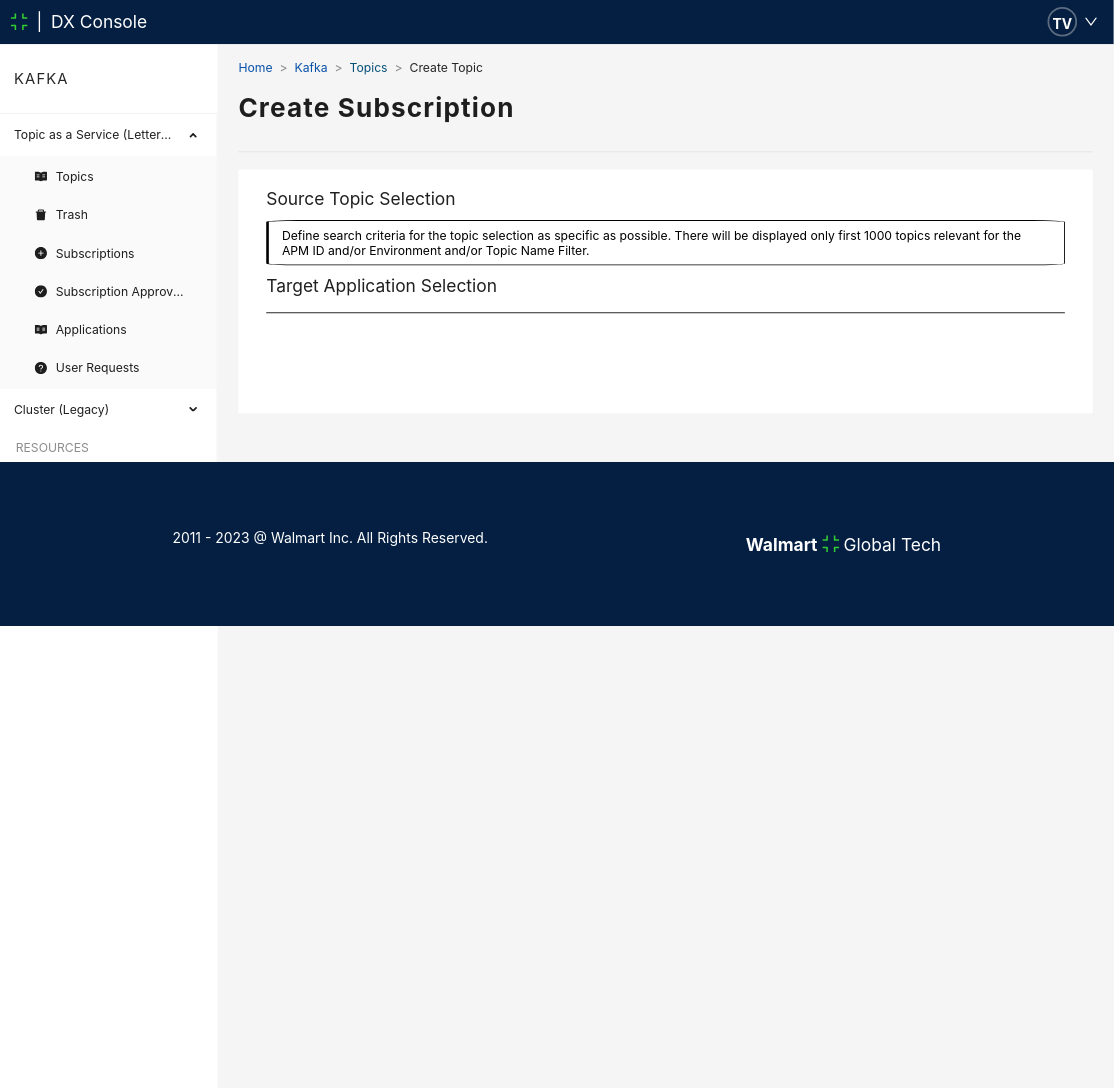
Repository: Qianying-Chai/kafka
Page: /kafka/subscriptions_active_tab=nonProxy/create-non-proxy
These files come from the project's save history. The page is drawn as it stood at one moment and after the next save; the edit follows.
The browser window is 1280 px wide. The pictures show the whole page, at 87% of full size.
The project was rebuilt for these pictures with package versions that can differ from the ones it lists, and the page was loaded fresh each time. Also part of the build but not shown: src/pages/Components/ComponentsTable.jsx, src/pages/Components/ComponentsInput.jsx, src/pages/Components/ComponentsPagination.jsx, src/pages/Taas/Topics/Topics.jsx, src/pages/Components/Style/SelectTitle.css, src/pages/Components/SelectTitle.jsx, src/pages/Taas/Topics/CreateTopics/Form/DetailsForm.jsx, src/pages/Taas/Topics/CreateTopics/CreateTopic.jsx and 14 more.

Above is the page before, as saved 2024-01-15 19:35:34.

### src/index.js
import React from "react";
import ReactDOM from "react-dom/client";
import App from "./App";
import { BrowserRouter } from "react-router-dom";
import { Provider } from "react-redux";
import store from "../src/redux/store";
import "./style/index.css";

const root = ReactDOM.createRoot(document.getElementById("root"));
root.render(
  <Provider store={store}>
    <BrowserRouter>
      <App />
    </BrowserRouter>
  </Provider>
);

### src/redux/store.jsx
import { configureStore } from "@reduxjs/toolkit";
import reducer from "./reducer";
const store = configureStore({ reducer: reducer });
export default store;

### src/pages/common/Header.jsx
import React from "react";
import "./Style/Header.css";
import { CompressOutlined, UpOutlined, DownOutlined } from "@ant-design/icons";
import { Layout } from "antd";
import { useState } from "react";
const Header = () => {
  const [login, setLogin] = useState(true);

  return (
    <Layout>
      <Layout.Header className="header">
        <div className="header-content-left">
          <CompressOutlined className="header-left-icon" />
          <span className="header-left-divider">|</span>
          <span className="header-left-dx-console">DX Console </span>
        </div>
        <div className="header-content-right">
          <div className="user">
            <div className="user-icon">TV</div>
            {login ? (
              <DownOutlined
                className="login-button"
                onClick={() => {
                  setLogin((state) => !state);
                }}
              />
            ) : (
              <UpOutlined
                className="logout-button"
                onClick={() => {
                  setLogin((state) => !state);
                }}
              />
            )}
          </div>
          <div
            className="logout-pop-up"
            style={{
              display: login ? "none" : "block",
            }}
          >
            LOGOUT
          </div>
        </div>
      </Layout.Header>
    </Layout>
  );
};
export default Header;

### src/pages/common/Sider.jsx
import React from "react";
import { Link } from "react-router-dom";
import "./Style/Sider.css";
import {
  ReadFilled,
  DeleteFilled,
  PlusCircleFilled,
  CheckCircleFilled,
  QuestionCircleFilled,
  HddFilled,
  SettingFilled,
} from "@ant-design/icons";
import { Layout, Menu, theme, ConfigProvider } from "antd";
import categoryConstants from "./categoryConstants";

const Sider = () => {
  const {
    token: { colorBgContainer },
  } = theme.useToken();

  const items = [
    {
      key: "Topic as a Service (Lettera)",
      label: "Topic as a Service (Lettera)",
      children: [
        {
          key: "Topics",
          label: (
            <Link to={`kafka/${categoryConstants.TOPICS.toLowerCase()}`}>
              {categoryConstants.TOPICS}
            </Link>
          ),
          icon: React.createElement(ReadFilled),
        },
        {
          key: "Trash",
          label: (
            <Link to={`kafka/${categoryConstants.TRASH.toLowerCase()}`}>
              {categoryConstants.TRASH}
            </Link>
          ),
          icon: React.createElement(DeleteFilled),
        },
        {
          key: "Subscriptions",
          label: (
            <Link
              to={`kafka/${categoryConstants.SUBSCRIPTIONS.toLowerCase()}_active_tab=nonProxy`}
            >
              {categoryConstants.SUBSCRIPTIONS}
            </Link>
          ),
          icon: React.createElement(PlusCircleFilled),
        },
        {
          key: "Subscription Approvals",
          label: (
            <Link to={`kafka/subscriptionRequests`}>
              {categoryConstants.SUBSCRIPTIONS_APPROVALS.replace("_", " ")}
            </Link>
          ),
          icon: React.createElement(CheckCircleFilled),
        },
        {
          key: "Applications",
          label: (
            <Link to={`kafka/${categoryConstants.APPLICATIONS.toLowerCase()}`}>
              {categoryConstants.APPLICATIONS}
            </Link>
          ),
          icon: React.createElement(ReadFilled),
        },
        {
          key: "User Requests",
          label: (
            <Link to={`kafka/requests`}>
              {categoryConstants.USER_REQUESTS.replace("_", " ")}
            </Link>
          ),
          icon: React.createElement(QuestionCircleFilled),
        },
      ],
    },
    {
      label: <div>Cluster (Legacy)</div>,
      key: "Cluster (Legacy)",
      children: [
        {
          key: "Clusters",
          label: (
            <Link to={`kafka/${categoryConstants.CLUSTERS.toLowerCase()}`}>
              {categoryConstants.CLUSTERS}
            </Link>
          ),
          icon: React.createElement(HddFilled),
        },
        {
          key: "Migrated Clusters",
          label: (
            <Link to={`kafka/migrated-clusters`}>
              {categoryConstants.MIGRATED_CLUSTERS.replace("_", " ")}
            </Link>
          ),
          icon: React.createElement(HddFilled),
        },
        {
          key: "Subscription",
          label: (
            <Link to={`kafka/mps-clusters-subscriptions`}>
              {categoryConstants.SUBSCRIPTION}
            </Link>
          ),
          icon: React.createElement(PlusCircleFilled),
        },
        {
          key: "User Requests (Legacy)",
          label: (
            <Link to={`kafka/legacy-requests`}>User Requests (Legacy)</Link>
          ),
          icon: React.createElement(QuestionCircleFilled),
        },
      ],
    },
    {
      label: <div>RESOURCES</div>,
      type: "group",
      key: "RESOURCES",
      children: [
        {
          key: "Supprot",
          label: (
            <Link to={`kafka/${categoryConstants.SUPPORT.toLowerCase()}`}>
              {categoryConstants.SUPPORT}
            </Link>
          ),
          icon: React.createElement(SettingFilled),
        },
      ],
    },
  ];

  return (
    <ConfigProvider
      theme={{
        components: {
          Menu: {
            itemHoverBg: "",
            itemHoverColor: "#1890ff",
            padding: 30,
          },
          Tabs: {
            inkBarColor: "rgb(4, 31, 65)",
          },
        },
      }}
    >
      <Layout.Sider
        className="sider"
        width={"250px"}
        style={{
          background: colorBgContainer,
        }}
      >
        <div className="slider-top">
          <span className="slider-top-content">KAFKA</span>
        </div>
        <div
          style={{
            marginLeft: "-12px",
          }}
        >
          <div></div>
          <Menu
            mode="inline"
            items={items}
            defaultOpenKeys={["Topic as a Service (Lettera)", "RESOURCES"]}
            style={{
              color: "#041f41",
            }}
          />
        </div>
      </Layout.Sider>
    </ConfigProvider>
  );
};
export default Sider;

### src/pages/common/categoryConstants.jsx
const categoryConstants = {
  TOPICS: "Topics",
  TRASH: "Trash",
  SUBSCRIPTIONS: "Subscriptions",
  SUBSCRIPTIONS_APPROVALS: "Subscription Approvals",
  APPLICATIONS: "Applications",
  USER_REQUESTS: "User Requests",
  CLUSTERS: "Clusters",
  MIGRATED_CLUSTERS: "Migrated Clusters",
  SUBSCRIPTION: "Subscription",
  USERE_REQUESTS_LEGACY: "User Requests (Legacy)",
  SUPPORT: "Support",
  CREATE_TOPIC: "Create Topic",
  CREATE_SUBSCRIPTION: "Create Subscription",
};

export default categoryConstants;

### src/pages/Taas/Subscriptions/SubscriptionsNonProxy/CreateSubscriptions/CreateSubscriptionsNonProxy.jsx
import React from "react";
import ComponentsBreadcrumb from "../../../../Components/ComponentsBreadcrumb";
import ComponentsContent from "../../../../Components/ComponentsContent";
import ComponentsDivider from "../../../../Components/ComponentsDivider";
import ComponentsTitle from "../../../../Components/ComponentsTitle";
import categoryConstants from "../../../../common/categoryConstants";
import "../../Style/CreateSubscriptionNonproxy.css";
import { Typography } from "antd";
const { Title } = Typography;

const CreateSubscriptionsNonProxy = () => {
  return (
    <>
      <div>
        <ComponentsBreadcrumb
          items={[
            {
              title: "Home",
            },
            {
              title: "Kafka",
            },
            {
              title: categoryConstants.TOPICS,
              href: `/kafka/${categoryConstants.TOPICS.toLowerCase()}`,
            },
            {
              title: categoryConstants.CREATE_TOPIC,
            },
          ]}
        />
        <div className="content-banner">
          <ComponentsTitle title={categoryConstants.CREATE_SUBSCRIPTION} />
        </div>
      </div>
      <ComponentsContent>
        <Title level={4} style={{ fontWeight: "normal" }}>
          Source Topic Selection
        </Title>

        <div className="bordered-content">
          Define search criteria for the topic selection as specific as
          possible. There will be displayed only first 1000 topics relevant for
          the APM ID and/or Environment and/or Topic Name Filter.
        </div>
        {/* <SourceTopicFormNonProxy /> */}
        <Title level={4} style={{ fontWeight: "normal" }}>
          Target Application Selection
        </Title>
        {/* <TargetApplicationSelectionForm /> */}
        <ComponentsDivider />
        <div className="buttons-wrapper">
          {/* <CancelButton />
        <SubmitButton disabled /> */}
        </div>
      </ComponentsContent>
    </>
  );
};
export default CreateSubscriptionsNonProxy;

### src/pages/common/Footer.jsx
import React from "react";
import { Layout } from "antd";
import { CompressOutlined } from "@ant-design/icons";
import "./Style/Footer.css";

const Footer = () => {
  return (
    <Layout.Footer className="footer">
      <div className="footer-text-left">
        2011 - 2023 @ Walmart Inc. All Rights Reserved.
      </div>
      <div className="footer-text-right">
        <span className="footer-text-right-walmart">Walmart</span>
        <CompressOutlined className="footer-icon" />
        <span className="footer-text-right-global-tech">Global Tech</span>
      </div>
    </Layout.Footer>
  );
};

export default Footer;

### src/redux/reducer.jsx
import { SET_PATH_NAME, SET_SELECTED_TAAS_SUBSCRIPTIONS } from "./constants";
const initialState = {
  pathName: "",
  selectedTaasSubscriptions: "nonProxy",
};
const reducer = (state = initialState, action) => {
  const { type, payload } = action;
  switch (type) {
    case SET_PATH_NAME:
      return { ...state, pathName: payload };
    case SET_SELECTED_TAAS_SUBSCRIPTIONS:
      return { ...state, selectedTaasSubscriptions: payload };
    default:
      return state;
  }
};

export default reducer;

### src/pages/common/Style/Header.css
.header {
  justify-content: space-between;
  padding: 0 12px;
  background-color: rgb(4, 31, 65);
  height: 51px;
  line-height: 51px;
  color: #ffffff;
}

.header,
.user {
  display: flex;
}

.header-content-left {
  font-size: 20px;
}

.header-left-icon {
  color: #32cd32;
}

.header-left-divider {
  margin: 0 10px;
}

.header-content-right {
  font-weight: bolder;
  flex-direction: column;
  font-size: 1rem;
  width: 76px;
  padding-left: 12px;
}

.user {
  margin: 8px 0px;
}
.user-icon {
  height: 34px;
  line-height: 34px;
  width: 34px;
  border-radius: 50%;
  text-align: center;
}
.user-icon,
.logout-pop-up {
  border: 2px solid rgba(225, 225, 225, 0.4);
}

.login-button,
.logout-button {
  padding-left: 8px;
}

.logout-pop-up {
  transition: all 10s ease-out;
  width: 100px;
  height: 60px;
  line-height: 60px;
  position: absolute;
  right: 0px;
  z-index: 999;
  font-size: 15px;
  letter-spacing: 1pt;
  text-align: center;
  justify-content: center;
  color: rgb(94, 91, 91);
  box-shadow: 0px 0px 4px 4px rgba(176, 174, 174, 0.4);
}

### src/pages/common/Style/Sider.css
.sider {
  min-height: 1200px;
}

.slider-top {
  height: 80px;
  border-bottom: 1px solid rgb(239, 239, 239);
}
.slider-top-content {
  height: 100%;
  display: flex;
  align-items: center;
  margin-left: 16px;
  letter-spacing: 1pt;
  font-size: 17px;
  color: #000000d9;
}

### src/pages/Components/ComponentsContent.jsx
import React from "react";
import "../common/Style/Content.css";
import { Layout, theme } from "antd";

const ComponentsContent = (props) => {
  const {
    token: { colorBgContainer },
  } = theme.useToken();

  return (
    <div>
      <Layout.Content
        style={{
          padding: "20px 32px 32px",
          minHeight: 280,
          background: colorBgContainer,
        }}
        {...props}
      ></Layout.Content>
    </div>
  );
};
export default ComponentsContent;

### src/pages/Components/ComponentsBreadcrumb.jsx
import React from "react";
import { Breadcrumb, ConfigProvider } from "antd";

const ComponentsBreadcrumb = (props) => {
  return (
    <ConfigProvider
      theme={{
        components: {
          Breadcrumb: {
            lastItemColor: "#000000D9",
            linkColor: "#075179",
            itemColor: "#0751A9",
            linkHoverColor: "#F5F5F5",
          },
          token: {
            colorBgTextHover: "#F5F5F5",
          },
        },
      }}
    >
      <div>
        <Breadcrumb
          style={{
            margin: "16px 0",
          }}
          separator=">"
          items={props.items}
        ></Breadcrumb>
      </div>
    </ConfigProvider>
  );
};
export default ComponentsBreadcrumb;

### src/pages/Components/ComponentsTitle.jsx
import React from "react";
import { Typography, ConfigProvider } from "antd";
const { Title } = Typography;

const ComponentsTitle = (props) => {
  return (
    <>
      <ConfigProvider
        theme={{
          components: {
            token: {
              colorText: "#041E42",
            },
          },
        }}
      >
        <Title level={2} style={{ fontWeight: "bold" }}>
          {props.title}
        </Title>
      </ConfigProvider>
    </>
  );
};

export default ComponentsTitle;

### src/pages/Components/ComponentsDivider.jsx
import React from "react";
import { Divider, ConfigProvider } from "antd";
const ComponentsDivider = () => (
  <ConfigProvider
    theme={{
      token: {
        colorSplit: "rgba(0, 0, 0, 0.85)",
        marginLG: 16,
      },
    }}
  >
    {" "}
    <Divider />
  </ConfigProvider>
);
export default ComponentsDivider;

### src/pages/Taas/Topics/Style/CreateTopic.css
.buttons-wrapper {
  display: flex;
  justify-content: flex-end;
}

.cancel-button,
.submit-button {
  letter-spacing: 1pt;
}
.cancel-button {
  margin-right: 10px;
}

### src/pages/Taas/Subscriptions/Style/CreateSubscriptionNonproxy.css
.content-title {
  margin-bottom: 10px;
  font-size: 16px;
}

.bordered-content {
  border: 1px solid black;
  border-left: 3px solid black;
  padding: 8px 15px;
  margin: 10px 0px;
  border-radius: 4%;
  color: #000000;
}

### src/pages/common/Style/Footer.css
.footer {
  text-emphasis-style: center;
  background-color: #041f41;
  color: white;
  display: flex;
  justify-content: space-around;
  height: 189px;
  align-items: center;
  width: 100%;
  position: fixed;
  bottom: 0;
}

.footer-icon {
  font-size: 20px;
  color: #32cd32;
}

.footer-text-left {
  font-size: 16px;
  margin-bottom: 16px;
}

.footer-text-right {
  font-size: 20px;
}

.footer-text-right-walmart {
  font-weight: bold;
  padding-right: 5px;
}

.footer-text-right-global-tech {
  padding-left: 5px;
}

### src/redux/constants.jsx
const SET_PATH_NAME = "SET_PATH_NAME";
const SET_SELECTED_TAAS_SUBSCRIPTIONS = "SET_SELECTED_TAAS_SUBSCRIPTIONS";
export { SET_PATH_NAME };
export { SET_SELECTED_TAAS_SUBSCRIPTIONS };

### src/pages/common/Style/Content.css
.content-banner {
  height: 70px;
  display: flex;
  justify-content: space-between;
  background-color: #f5f5f5;
  color: #041e42;
  letter-spacing: 1pt;
  border-bottom: 1px solid rgba(167, 164, 164, 0.3);
  margin-bottom: 20px;
  padding-bottom: 15px;
}

.content-banner-button {
  background-color: #041f41;
  color: #ffffff;
}

.content-text {
  margin: 24px 0 20px;
}

### src/pages/Taas/Subscriptions/SubscriptionsNonProxy/CreateSubscriptions/Form/SourceTopicFormNonProxy.jsx
import React, { useMemo, useState, useRef } from "react";
import debounce from "lodash/debounce";
import { Col, Row, ConfigProvider, Select, Spin } from "antd";
import SelectLabel from "../../../../Components/SelectLabel";
import "./Style/SourceTopicForm.css";
const SourceTopicFormNonProxy = () => {
  function DebounceSelect({ fetchOptions, debounceTimeout = 800, ...props }) {
    const [fetching, setFetching] = useState(false);
    const [options, setOptions] = useState([]);
    const fetchRef = useRef(0);
    const debounceFetcher = useMemo(() => {
      const loadOptions = (value) => {
        fetchRef.current += 1;
        const fetchId = fetchRef.current;
        setOptions([]);
        setFetching(true);
        fetchOptions(value).then((newOptions) => {
          if (fetchId !== fetchRef.current) {
            // for fetch callback order
            return;
          }
          setOptions(newOptions);
          setFetching(false);
        });
      };
      return debounce(loadOptions, debounceTimeout);
    }, [fetchOptions, debounceTimeout]);
    return (
      <Select
        labelInValue
        filterOption={false}
        onSearch={debounceFetcher}
        notFoundContent={fetching ? <Spin size="small" /> : null}
        {...props}
        options={options}
      />
    );
  }

  const [value, setValue] = useState([]);

  async function fetchUserList(username) {
    console.log("fetching user", username);
    return fetch("https://randomuser.me/api/?results=5")
      .then((response) => response.json())
      .then((body) =>
        body.results.map((user) => ({
          label: `${user.name.first} ${user.name.last}`,
          value: user.login.username,
        }))
      );
  }
  const handleChange = (value) => {
    console.log(`selected ${value}`);
  };

  return (
    <ConfigProvider
      theme={{
        token: {
          borderRadius: 0,
        },
      }}
    >
      <Row style={{ display: "flex", flexFlow: "nowrap" }}>
        <Col
          span={8}
          style={{
            marginRight: "12px",
          }}
        >
          <SelectLabel label={"APM ID"} />
          <DebounceSelect
            className="select"
            mode="multiple"
            value={value}
            fetchOptions={fetchUserList}
            onChange={(newValue) => {
              setValue(newValue);
            }}
            style={{
              width: "100%",
              margin: "0 0 10px",
            }}
          />
        </Col>
        <Col
          span={8}
          style={{
            padding: "0 12px",
          }}
        >
          <div className="select-title">Environment</div>
          <DebounceSelect
            className="select"
            mode="multiple"
            value={value}
            fetchOptions={fetchUserList}
            onChange={(newValue) => {
              setValue(newValue);
            }}
          />
        </Col>
        <Col
          span={8}
          style={{
            padding: "0 12px",
          }}
        >
          <div className="select-title">Topic Name Filter</div>
          <Select
            mode="tags"
            className="select"
            onChange={handleChange}
            showSearch={false}
          />
        </Col>
      </Row>
      <Row>
        <Col
          span={24}
          style={{
            marginRight: "12px",
          }}
        >
          <div className="select-title">
            <span className="select-title-prefix">*</span>Topic Name
          </div>
          <DebounceSelect
            mode="multiple"
            value={value}
            fetchOptions={fetchUserList}
            onChange={(newValue) => {
              setValue(newValue);
            }}
            className="select"
          />
        </Col>
      </Row>
    </ConfigProvider>
  );
};

export default SourceTopicFormNonProxy;

### src/pages/Taas/Topics/Style/DetailsForm.css
.select {
  margin: 0 0 10px;
  width: 100%;
}

### src/pages/Components/SelectLabel.jsx
import React from "react";
import "./Style/SelectLabel.css";
import { InfoCircleFilled } from "@ant-design/icons";

const SelectLabel = (props) => {
  return (
    <div className="select-title-wrapper" {...props}>
      <span className="select-title-prefix">*</span>
      <span id="select-title">{props.label}</span>
      <InfoCircleFilled />
    </div>
  );
};

export default SelectLabel;

### src/pages/Copy/SourceTopicForm.css
.select-title {
  margin: 0 0 8px;
}
.select {
  margin: 0 0 10px;
  width: 100%;
}

### src/pages/Components/Style/SelectLabel.css
.select-title-wrapper {
  padding: 0 0 8px;
  font-size: 14px;
}

.select-title-prefix {
  color: red;
  margin-right: 4px;
}
#select-title {
  margin-right: 4px;
}

Loaded but not shown: public/index.html (common file); src/style/index.css (common file); src/App.js (103 lines, source omitted)

After the next save:
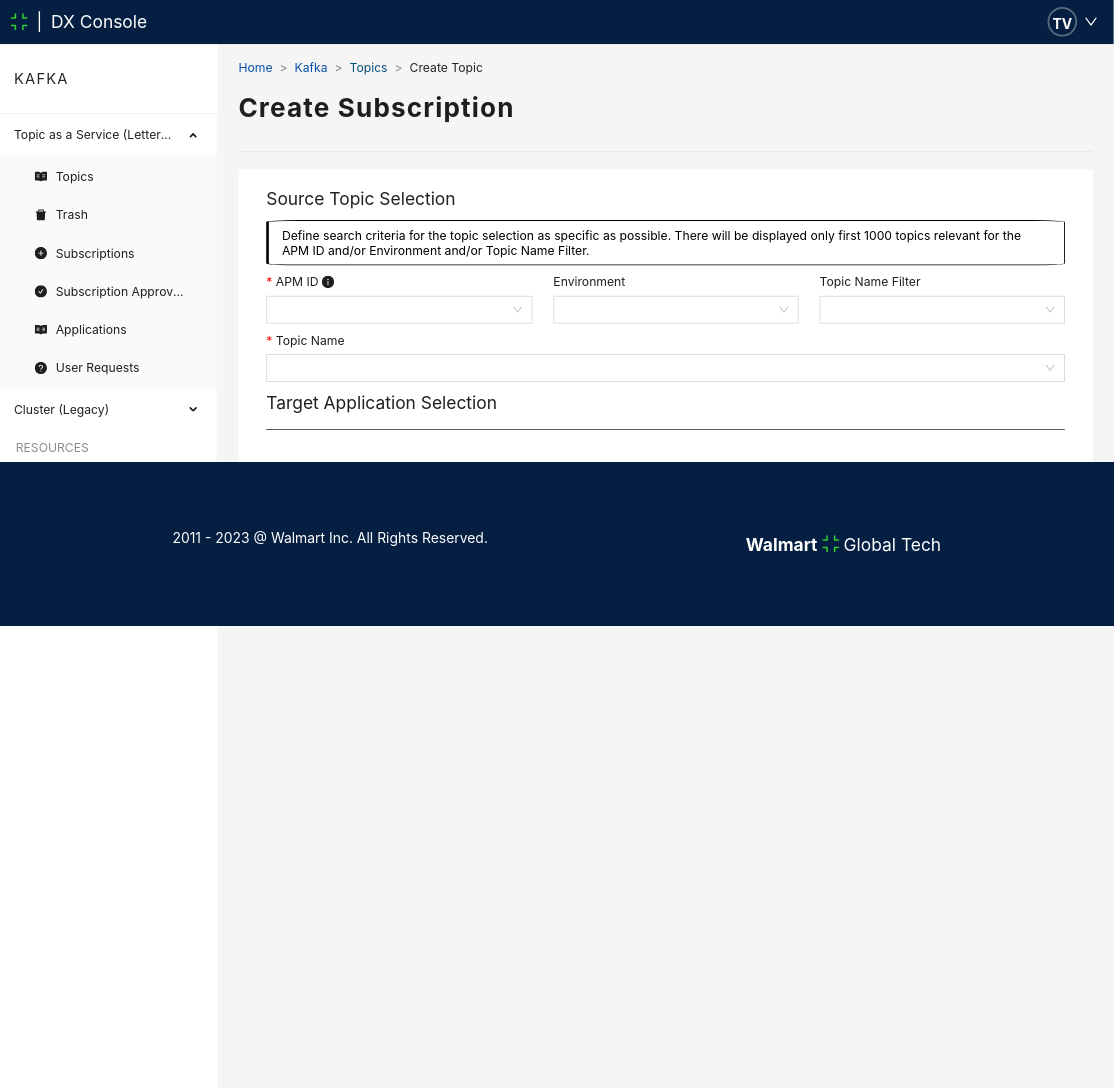
Saved 2 min 12 s later.
--- a/src/pages/Taas/Subscriptions/SubscriptionsNonProxy/CreateSubscriptions/CreateSubscriptionsNonProxy.jsx
+++ b/src/pages/Taas/Subscriptions/SubscriptionsNonProxy/CreateSubscriptions/CreateSubscriptionsNonProxy.jsx
@@ -4,6 +4,7 @@
 import ComponentsDivider from "../../../../Components/ComponentsDivider";
 import ComponentsTitle from "../../../../Components/ComponentsTitle";
 import categoryConstants from "../../../../common/categoryConstants";
+import SourceTopicFormNonProxy from "./Form/SourceTopicFormNonProxy";
 import "../../Style/CreateSubscriptionNonproxy.css";
 import { Typography } from "antd";
 const { Title } = Typography;
@@ -43,7 +44,7 @@
           possible. There will be displayed only first 1000 topics relevant for
           the APM ID and/or Environment and/or Topic Name Filter.
         </div>
-        {/* <SourceTopicFormNonProxy /> */}
+        <SourceTopicFormNonProxy />
         <Title level={4} style={{ fontWeight: "normal" }}>
           Target Application Selection
         </Title>
